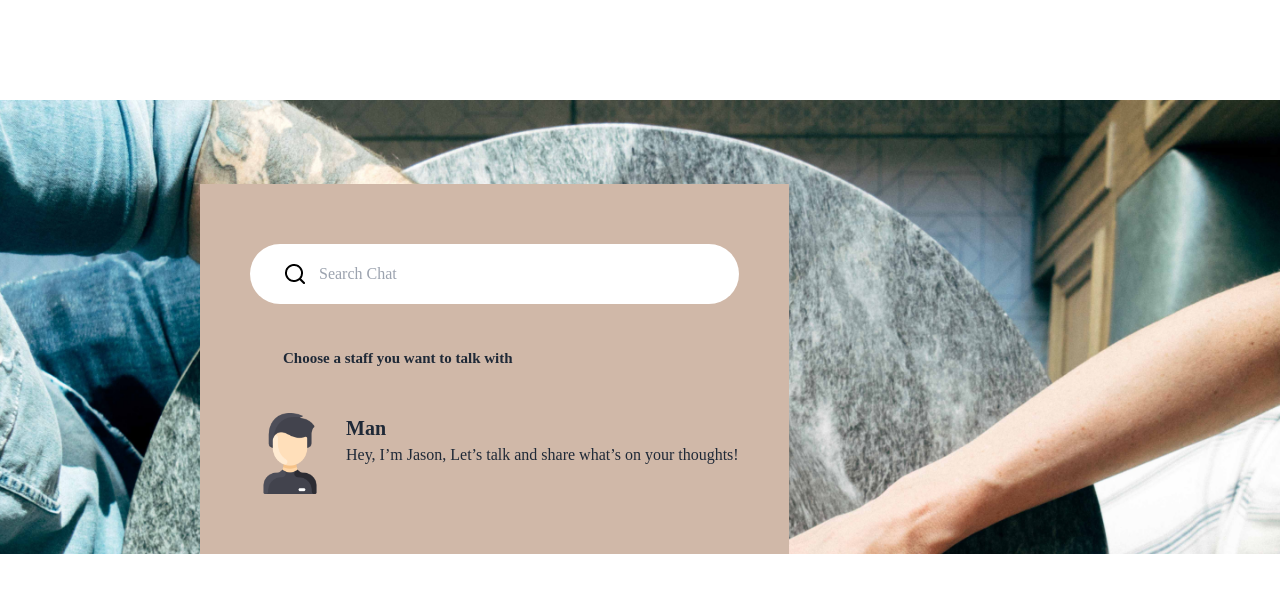
Repository: boykebn/fw12-collab2-FRONTEND
Page: /chat (app in our/)
These files come from the project's save history. The page is drawn as it stood at one moment and after the next save; the edit follows.
The browser window is 1280 px wide. The pictures show the whole page.
The project was rebuilt for these pictures with package versions that can differ from the ones it lists, and the page was loaded fresh each time. The framework's server and built-in components were replaced by stand-ins that run in the browser. Also part of the build but not shown: our/next.config.js.

Above is the page before, as saved 2022-12-31 23:49:57.

### our/pages/_app.js
import "../styles/globals.css";
import { Provider } from "react-redux";
import { store } from "../redux/store";

export default function App({ Component, pageProps }) {
  return (
    <Provider store={store}>
      <Component {...pageProps} />
    </Provider>
  );
}

### our/pages/chat.js
import React from "react";
import Image from "next/image";
import search from "../assets/search.png";
import man from "../assets/man.png";

const Chat = () => {
  return (
    <div className="pt-[100px] font-poppins">
      <div className="bg-[url('../assets/background-chat.png')] bg-cover bg-no-repeat">
        <div className="pt-[84px] px-[200px] flex">
          <div className="border-1 bg-[#d0b8a8] py-[60px] px-[50px]">
            <div className="border-1 flex items-center bg-white py-[18px] pl-[35px] pr-[40px] rounded-[30px] mb-[43px]">
              <Image src={search} alt="search" className="mr-[14px]" />
              <input placeholder="Search Chat" className="focus:outline-none" />
            </div>
            <p className="text-[15px] font-bold mb-[43px] px-[33px]">
              Choose a staff you want to talk with
            </p>
            <div className="flex">
              <Image
                src={man}
                alt="man"
                className="w-[80px] h-[81px] mr-[16px]"
              />
              <div>
                <p className="text-[20px] font-bold">Man</p>
                <p>
                  Hey, I’m Jason, Let’s talk and share what’s on your thoughts!
                </p>
              </div>
            </div>
          </div>
          <div></div>
        </div>
      </div>
    </div>
  );
};

export default Chat;

### our/styles/globals.css
@tailwind base;
@tailwind components;
@tailwind utilities;

@import url("https://fonts.googleapis.com/css2?family=Poppins&family=Rubik&display=swap");
.btn {
  text-transform: none;
  width: 100%;
}
.input {
  width: 100%;
}

@media (min-width: 768px) {
  .bg-forgot-password {
    background-image: url("../images/forgotPasswordBg.png");
  }
}

### our/redux/store.js
import { configureStore } from '@reduxjs/toolkit';
import thunk from 'redux-thunk'
import reducer from './reducers';
import {persistStore} from 'redux-persist'

const store = configureStore({
    reducer,
    middleware: [thunk]
})

const persistor = persistStore(store)

export {store, persistor}

### our/redux/reducers/index.js
import {combineReducers} from '@reduxjs/toolkit';
import {persistReducer} from 'redux-persist'
import storage from 'redux-persist/lib/storage'
import auth from './auth'

const authConfig = {
    key: 'auth',
    storage
}

const reducer = combineReducers({
    auth: persistReducer(authConfig, auth),
})

export default reducer

### our/redux/reducers/auth.js
import {createSlice} from '@reduxjs/toolkit'

const initialState = {
    token: null
}

const authReducer = createSlice({
    name: 'auth',
    initialState,
    reducers: {
        logout: (state, action) => {
            return initialState
        }
    },
    extraReducers: (build) => {
    }
})

export const { logout } = authReducer.actions

export default authReducer.reducer

### our/tailwind.config.js
/** @type {import('tailwindcss').Config} */
module.exports = {
  content: [
    "./pages/**/*.{js,ts,jsx,tsx}",
    "./components/**/*.{js,ts,jsx,tsx}",
  ],
  theme: {
    extend: {
      fontFamily: {
        rubik: ["Rubik", "sans-serif"],
        poppins: ["Poppins"],
      },
      backgroundImage: {
        order_bg: "url('../images/bg-1.png')",
      },
    },
  },
  plugins: [require("daisyui")],
};

After the next save:
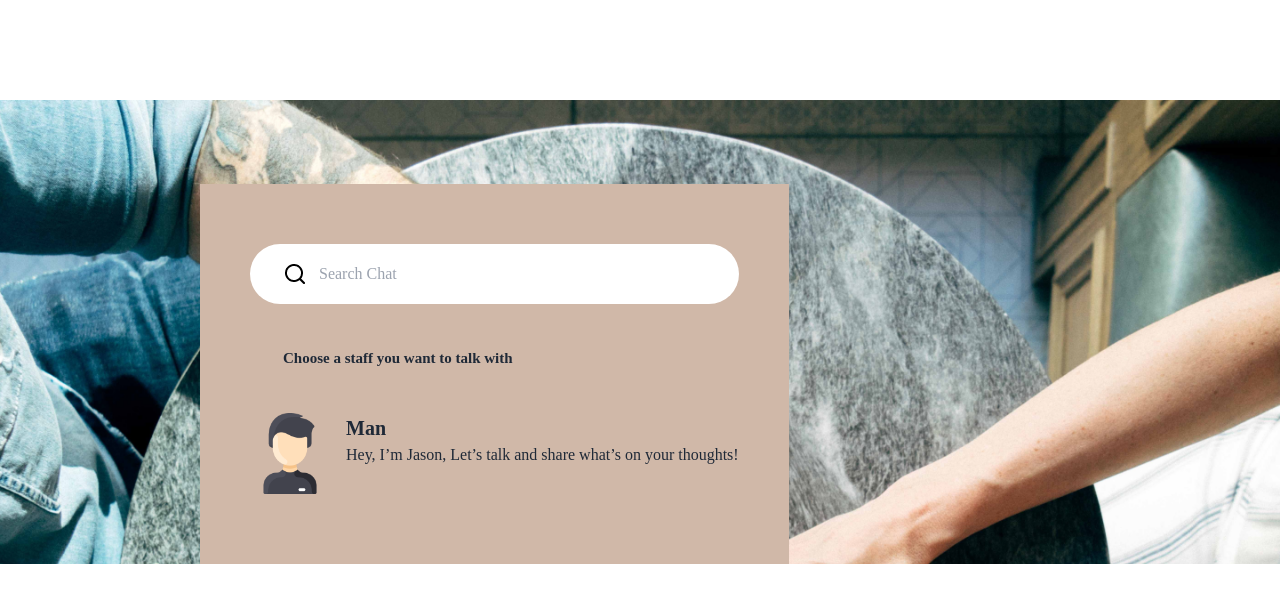
Saved 12 s later.
--- a/our/pages/chat.js
+++ b/our/pages/chat.js
@@ -20,7 +20,7 @@ const Chat = () => {
               <Image
                 src={man}
                 alt="man"
-                className="w-[80px] h-[81px] mr-[16px]"
+                className="w-[80px] h-[81px] mr-[16px] mb-[10px]"
               />
               <div>
                 <p className="text-[20px] font-bold">Man</p>
